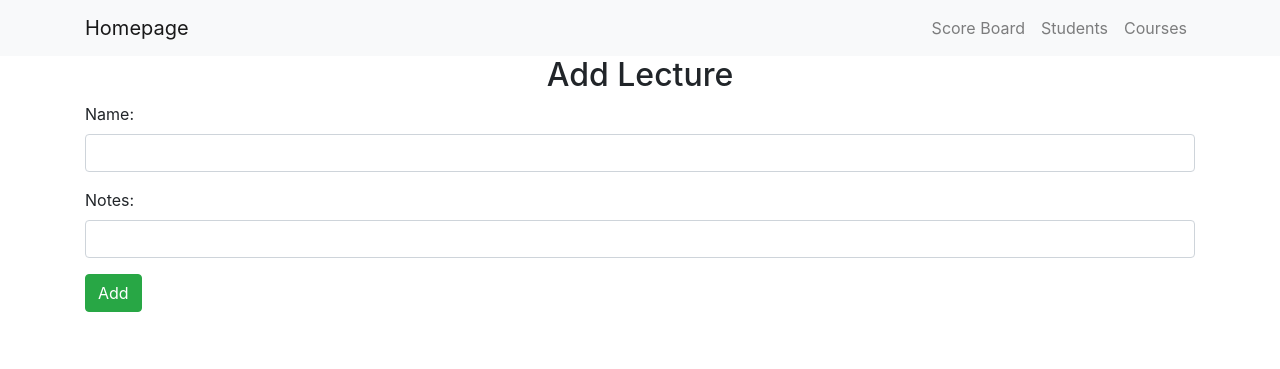
Repository: USTriett/Java-Servlet-JDBC-JSP-
Page: http://localhost/StudentManageServlet/WebContent/AddLectureInToCourse.jsp
An editor plug-in stored every save of this project. The page is shown before and after the next save, followed by the edit.
The browser window is 1280 px wide. The pictures show the whole page.
The page is served by Tomcat 9.

Above is the page before, as saved 2023-04-20 18:17:12.
Console error: TypeError: Cannot read properties of null (reading 'getAttribute')

After the next save:
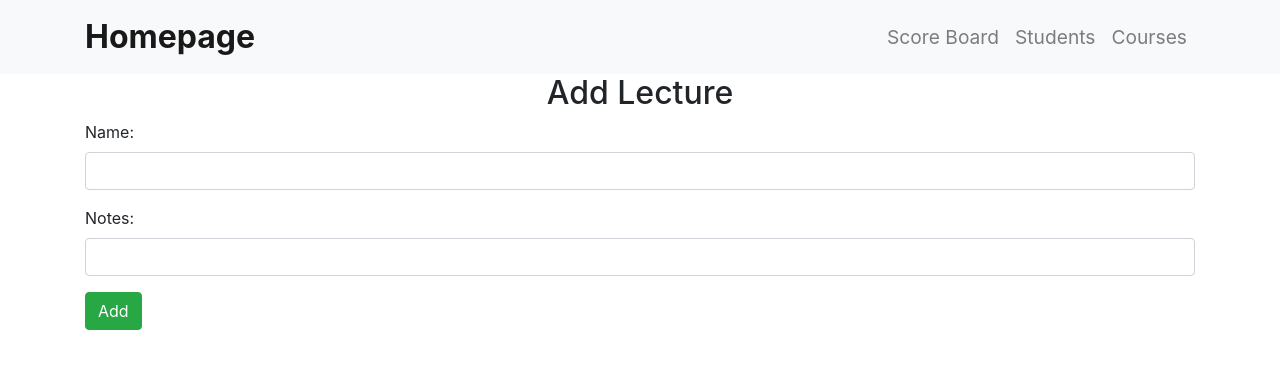
Saved 49 s later.
--- a/StudentManageServlet/src/main/webapp/WebContent/AddLectureInToCourse.jsp
+++ b/StudentManageServlet/src/main/webapp/WebContent/AddLectureInToCourse.jsp
@@ -5,19 +5,35 @@
 <!DOCTYPE html>
 <html>
 <head>
-	<title>Add Lecture</title>
-	<!-- Latest compiled and minified CSS -->
-	<link rel="stylesheet" href="https://maxcdn.bootstrapcdn.com/bootstrap/4.4.1/css/bootstrap.min.css"/>
+<title>Add Lecture</title>
+<!-- Latest compiled and minified CSS -->
+<link rel="stylesheet"
+	href="https://maxcdn.bootstrapcdn.com/bootstrap/4.4.1/css/bootstrap.min.css" />
 
-	<!-- jQuery library -->
-	<script src="https://ajax.googleapis.com/ajax/libs/jquery/3.4.1/jquery.min.js"></script>
+<!-- jQuery library -->
+<script
+	src="https://ajax.googleapis.com/ajax/libs/jquery/3.4.1/jquery.min.js"></script>
 
-	<!-- Popper JS -->
-	<script src="https://cdnjs.cloudflare.com/ajax/libs/popper.js/1.16.0/umd/popper.min.js"></script>
+<!-- Popper JS -->
+<script
+	src="https://cdnjs.cloudflare.com/ajax/libs/popper.js/1.16.0/umd/popper.min.js"></script>
 
-	<!-- Latest compiled JavaScript -->
-	<script src="https://maxcdn.bootstrapcdn.com/bootstrap/4.4.1/js/bootstrap.min.js"></script>
-	<meta charset="UTF-8">
+<!-- Latest compiled JavaScript -->
+<script
+	src="https://maxcdn.bootstrapcdn.com/bootstrap/4.4.1/js/bootstrap.min.js"></script>
+<meta charset="UTF-8">
+<style>
+.navbar-brand {
+	font-size: 2rem;
+	font-weight: bold;
+	color: #333;
+}
+
+.navbar-nav .nav-link {
+	font-size: 1.2rem;
+	color: #333;
+}
+</style>
 </head>
 <body>
 <!-- Navbar -->
